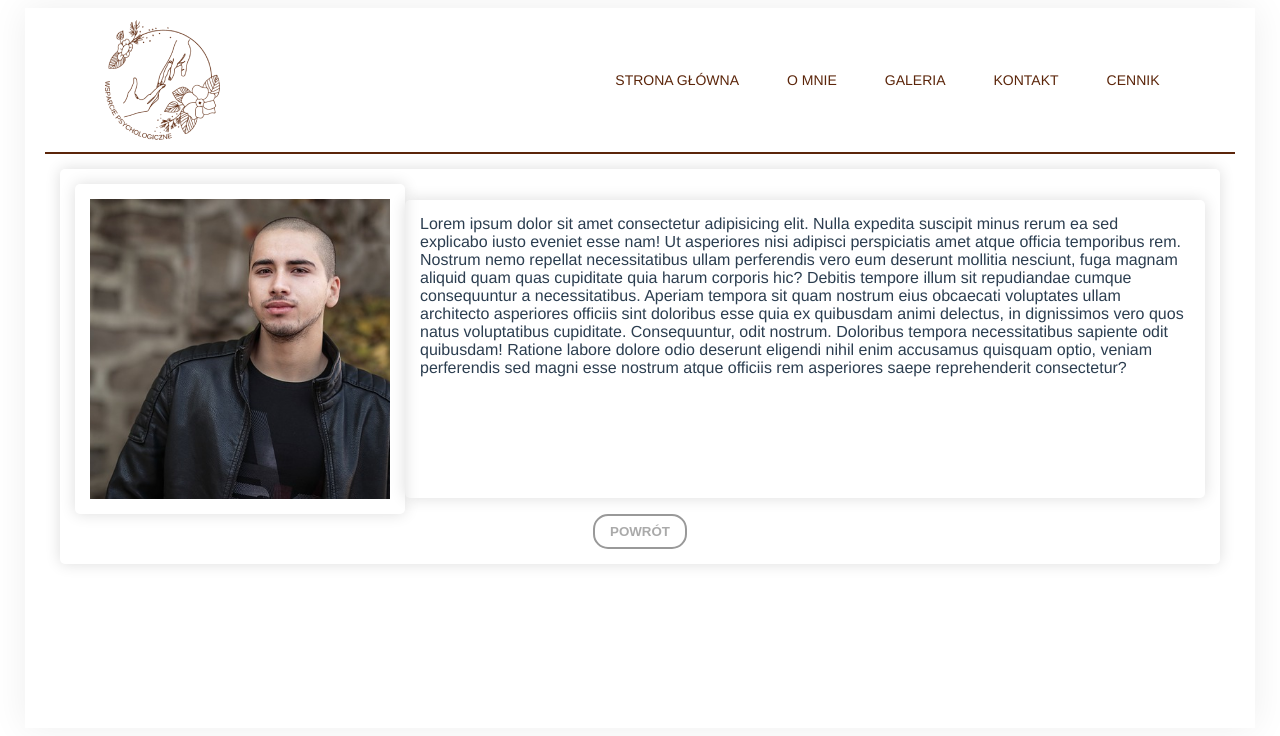
Repository: Kondzioor/szczepan-page
Page: /about
These files come from the project's save history. The page is drawn as it stood at one moment and after the next save; the edit follows.
The browser window is 1280 px wide. The pictures show the whole page.
Some web libraries are served in a nearby version. The project was rebuilt for these pictures with package versions that can differ from the ones it lists, and the page was loaded fresh each time. Also part of the build but not shown: src/views/Home.vue.

Above is the page before, as saved 2022-04-12 14:44:12.

After the next save:
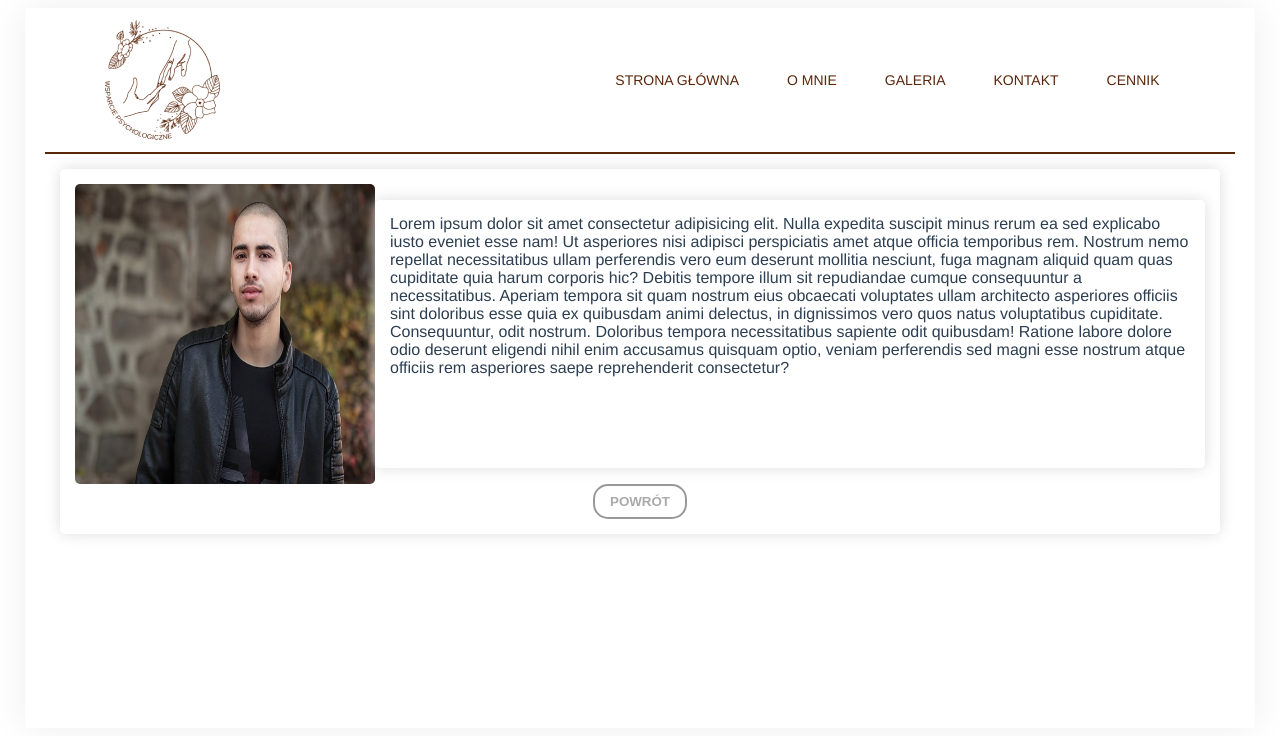
Saved 31 s later.
--- a/src/views/AboutUs.vue
+++ b/src/views/AboutUs.vue
@@ -47,11 +47,7 @@
 img{
     width: 300px;
     height: 300px;
-    padding: 15px;
-    box-shadow: 0 0 15px #ddd;
-    border-radius: 5px;
-    display: block;
-    object-fit: cover;
+
     border-radius: 5px;
 }
 .text{
